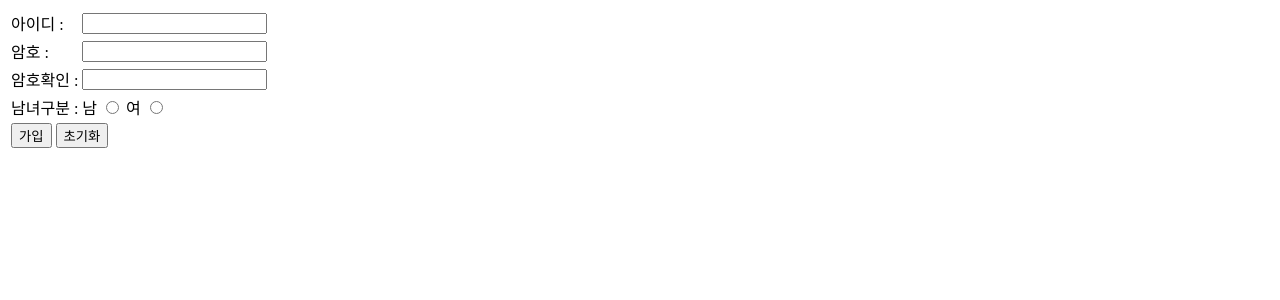
Repository: wo2jin/Sever
Page: Sever/TestWeb13/WebContent/login.html
These files come from the project's save history. The page is drawn as it stood at one moment and after the next save; the edit follows.
The browser window is 1280 px wide. The pictures show the whole page.

Above is the page before, as saved 2020-05-19 00:51:35.

### Sever/TestWeb13/WebContent/login.html
<!DOCTYPE html>
<html>
<head>
<meta charset="UTF-8">
<title>Insert title here</title>

</head>
<body>
<form action = "loginProcess" method="post" id="myForm">
		<table border ="0">
			<tr>
				<td>아이디 :</td>
				<td><input type = "text" name= "userId" id = "userId"></td>
			</tr>
			<tr>
				<td>암호 :</td>
				<td><input type = "password" name= "userPwd" id = "userPwd"></td>
			</tr>
			<tr>
				<td>암호확인 :</td>
				<td><input type = "password" name= "userPwdcheck" id = "userPwdcheck"></td>
			</tr>
			<tr>
				<td>남녀구분 :</td>
				<td>
				 남 <input type="radio" name ="gender" value= "남자">
				 여 <input type="radio" name ="gender" value= "여자">
				</td>
			</tr>
			<tr>
				<td colspan="2">
					<input type="submit" value ="가입" >
					<input type= "reset" value = "초기화">
				</td>
			<tr>
		</table>
	</form>
</body>
</html>

After the next save:
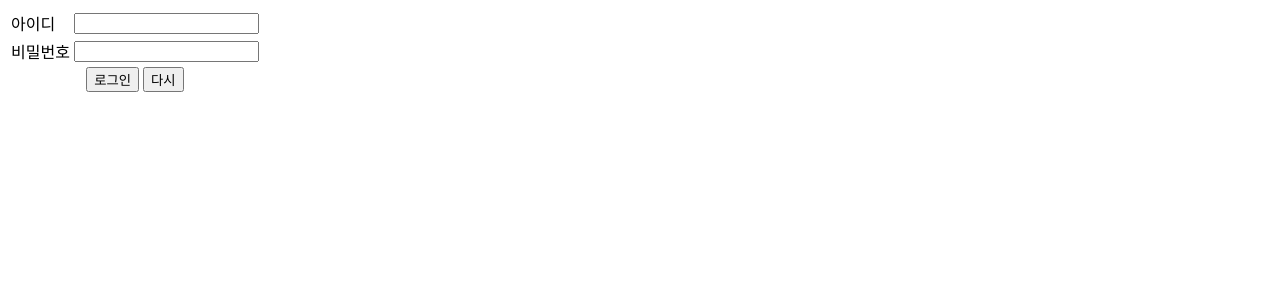
Saved 54 s later.
--- a/Sever/TestWeb13/WebContent/login.html
+++ b/Sever/TestWeb13/WebContent/login.html
@@ -2,38 +2,24 @@
 <html>
 <head>
 <meta charset="UTF-8">
-<title>Insert title here</title>
-
+<title>Login</title>
 </head>
 <body>
-<form action = "loginProcess" method="post" id="myForm">
-		<table border ="0">
-			<tr>
-				<td>아이디 :</td>
-				<td><input type = "text" name= "userId" id = "userId"></td>
-			</tr>
-			<tr>
-				<td>암호 :</td>
-				<td><input type = "password" name= "userPwd" id = "userPwd"></td>
-			</tr>
-			<tr>
-				<td>암호확인 :</td>
-				<td><input type = "password" name= "userPwdcheck" id = "userPwdcheck"></td>
-			</tr>
-			<tr>
-				<td>남녀구분 :</td>
-				<td>
-				 남 <input type="radio" name ="gender" value= "남자">
-				 여 <input type="radio" name ="gender" value= "여자">
-				</td>
-			</tr>
-			<tr>
-				<td colspan="2">
-					<input type="submit" value ="가입" >
-					<input type= "reset" value = "초기화">
-				</td>
-			<tr>
-		</table>
-	</form>
+   <form action="LoginProcess.jsp" method="get">
+      <table border="0">
+         <tr>
+            <td>아이디</td>
+            <td><input type="text" name="userId"></td>
+         </tr>
+         <tr>
+            <td>비밀번호</td>
+               <td><input type="password" name="userPwd"></td>
+         </tr>
+         <tr>
+         <td colspan="2" align="center"><input type="submit" value="로그인">
+         <input type="reset" value="다시"></td>
+         </tr>
+   </table>
+   </form>
 </body>
 </html>
